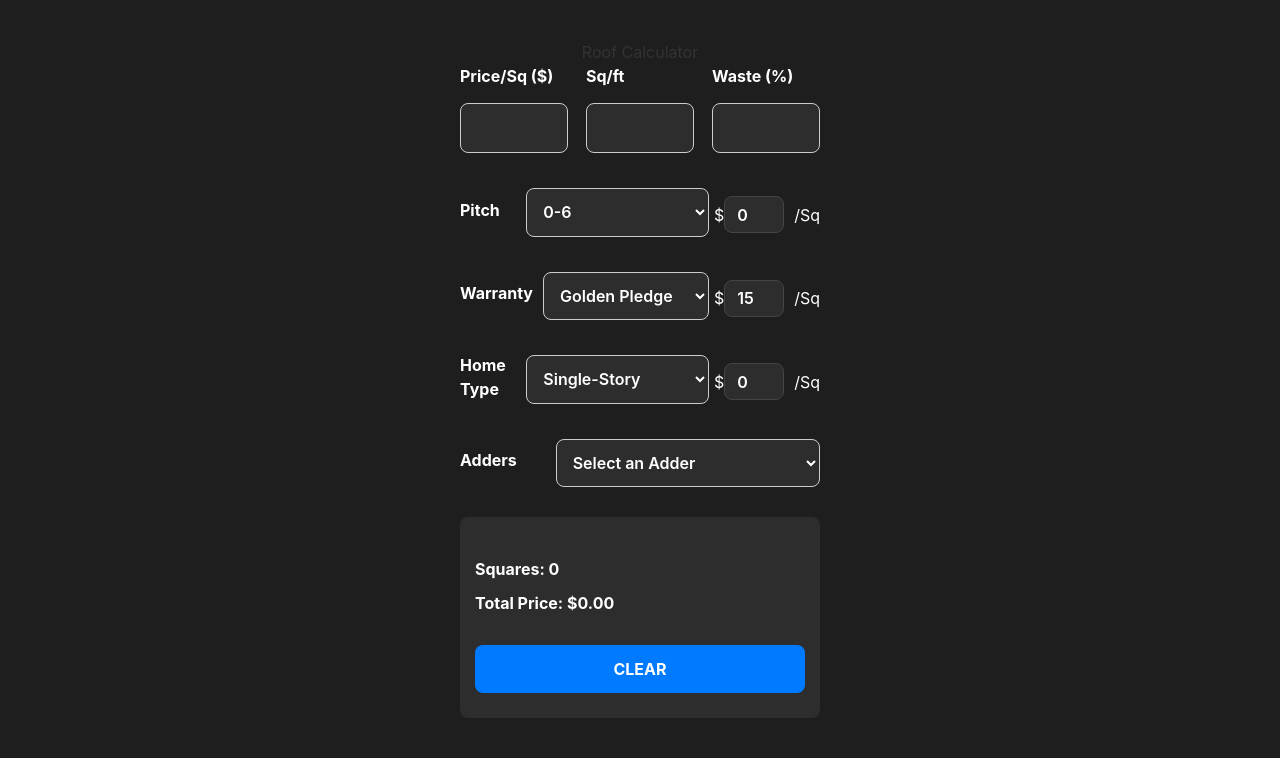
Repository: Tripp-L/roof-calc-app
Page: /
An editor plug-in stored every save of this project. The page is shown before and after the next save, followed by the edit.
The browser window is 1280 px wide. The pictures show the whole page.
The project was rebuilt for these pictures with package versions that can differ from the ones it lists, and the page was loaded fresh each time.

Above is the page before, as saved 2024-10-17 23:38:27.

### public/index.html
<!DOCTYPE html>
<html lang="en">
  <head>
    <meta charset="utf-8" />
    <meta name="viewport" content="width=device-width, initial-scale=1" />
    <title>Roof Calc App</title>
  </head>
  <body>
    <noscript>You need to enable JavaScript to run this app.</noscript>
    <div id="root"></div>
  </body>
</html>

### src/App.js
import React from 'react';
import RoofCalculator from './RoofCalculator';
import './App.css';

function App() {
  return (
    <div className="App">
      <RoofCalculator />
    </div>
  );
}

export default App;

### src/App.css
@import 'tailwindcss/base';
@import 'tailwindcss/components';
@import 'tailwindcss/utilities';

body {
  font-family: -apple-system, BlinkMacSystemFont, "Segoe UI", Roboto, Helvetica, Arial, sans-serif, "Apple Color Emoji", "Segoe UI Emoji", "Segoe UI Symbol";
}

input:focus, select:focus {
  outline: none;
}

.price-input-container {
  display: inline-flex;
  align-items: center;
  border: 1px solid #ccc;
  border-radius: 4px;
  overflow: hidden;
}

.price-symbol {
  padding-left: 8px;
  color: #666;
}

.price-input {
  border: none;
  outline: none;
  padding: 8px;
  width: 60px;
  font-size: 16px;
}

.price-input::-webkit-inner-spin-button,
.price-input::-webkit-outer-spin-button {
  opacity: 1;
}

.App {
  display: flex;
  flex-direction: column;
  min-height: 100vh;
  max-width: 100%;
  padding: 20px;
  font-size: 16px;
  line-height: 1.5;
  touch-action: manipulation;
}

@media (min-width: 768px) {
  .App {
    max-width: 90%;
    margin: 0 auto;
  }
}

@media (min-width: 1024px) {
  .App {
    max-width: 1200px;
  }
}

.App input,
.App select,
.App button {
  font-size: 16px;
  padding: 12px;
  margin: 10px 0;
  border-radius: 8px;
  border: 1px solid #ccc;
  width: 100%;
  box-sizing: border-box;
}

.App button {
  background-color: #007bff;
  color: white;
  border: none;
  cursor: pointer;
  transition: background-color 0.3s ease;
}

.App button:hover,
.App button:focus {
  background-color: #0056b3;
}

.App label {
  display: block;
  margin-bottom: 5px;
  font-weight: bold;
}

.sqft-input {
  width: 10%;
  padding: 8px;
  margin-top: 5px;
  border: 1px solid #ccc;
  border-radius: 4px;
  box-sizing: border-box;
}

.waste-select {
  width: 10%;
  padding: 8px;
  margin-top: 5px;
  border: 1px solid #ccc;
  border-radius: 4px;
  box-sizing: border-box;
}

.warranty-container {
  display: flex;
  align-items: center;
  margin-bottom: 10px;
}

.warranty-price-container {
  display: flex;
  align-items: center;
  margin-left: 10px;
}

.dollar-sign {
  margin-right: 5px;
  font-weight: bold;
}

.warranty-price-adjust {
  padding: 5px;
}

.warranty-price-adjust::before {
  content: "+";
  margin-right: 5px;
}

.warranty-adjust {
  margin-left: 10px;
}

.warranty-adjust select {
  margin-left: 5px;
}

.keypad button:last-child {
  grid-column: span 4;
  background-color: #f0f0f0;
  color: #333;
}

.digits button:last-child {
  background-color: #f0f0f0;
  color: #333;
  grid-column: span 2;
}

.home-type-section {
  margin-bottom: 20px;
}

.home-type-options {
  display: flex;
  justify-content: space-between;
  align-items: center;
  margin-bottom: 10px;
}

.home-type-options label {
  display: flex;
  align-items: center;
}

.price-input {
  display: flex;
  align-items: center;
  border: 1px solid #ccc;
  border-radius: 4px;
  padding: 5px;
}

.price-input span {
  margin-right: 5px;
}

.price-input input {
  border: none;
  outline: none;
  width: 60px;
}

### src/RoofCalculator.css
body {
  background-color: #1e1e1e;
  color: #ffffff;
  font-family: Arial, sans-serif;
}

.calculator {
  max-width: 400px;
  margin: 0 auto;
  padding: 20px;
}

.input-group {
  display: flex;
  align-items: center;
  margin-bottom: 15px;
}

.input-group label {
  width: 120px; /* Adjust as needed */
  margin-right: 10px;
}

/* Style for the previously longer inputs */
.input-group input[type="number"] {
  width: 84px;
  height: 37px;
  background-color: #2d2d2d;
  color: white;
  border: 1px solid #444;
  padding: 2 8px;
  font-size: 16px;
  font-weight: 600;
  line-height: 22px;
  box-sizing: border-box;
  margin-bottom: 10px;
}

/* Style for select dropdowns and pitch price input */
.input-group select,
.warranty-price-input input,
.home-type-price-input input {
    width: 100%;
    height: 30px;
    background-color: #2d2d2d;
    color: white;
    border: 1px solid #444;
    padding: 0 8px;
    font-size: 14px;
    line-height: 30px;
    box-sizing: border-box;
    margin-bottom: 10px;
}

.input-group select,
.pitch-price-input input {
  width: 100%;
  height: 48.5px;
  background-color: #2d2d2d;
  color: white;
  border: 1px solid #444;
  padding: 2 8px;
  font-size: 14px;
  font-weight: 600;
  line-height: 30px;
  box-sizing: border-box;
}


.pitch-price-input,
.warranty-price-input,
.home-type-price-input {
  display: flex;
  align-items: center;
  margin-top: 1px;
  margin-bottom: 10px;
}

.dollar-sign {
  color: #ccc;
  margin-right: 2px;
}

label {
  display: block;
  margin-bottom: 20px;
}

input, select {
  width: 100%;
  padding: 8px;
  background-color: #2d2d2d;
  border: 1px solid #3d3d3d;
  color: #ffffff;
  margin-bottom: 20px;
}

.results {
  margin-top: 20px;
  font-weight: bold;
  font-size: 20px;
  margin-bottom: 10px;
}

h1 {
  text-align: center;
  color: #333;
  margin-bottom: 25px;
}

.calculator-section {
  margin-bottom: 20px;
}

.price-input-container {
  display: inline-flex;
  align-items: center;
  border: 1px solid #ccc;
  border-radius: 4px;
  overflow: hidden;
  margin-top: 20px;
  margin-bottom: 20px;
}

.price-symbol {
  padding: 0 8px;
  background-color: #f0f0f0;
  color: #666;
}

.price-input {
  width: 60px;
  border: none;
  padding: 8px;
  text-align: right;
  font-size: 16px;
  font-weight: 600;
  margin-top: 20px;
  margin-bottom: 20px;
}

.total {
  background-color: #f0f0f0;
  padding: 15px;
  border-radius: 5px;
  text-align: center;
  font-size: 25px;
  font-weight: 600;
  line-height: 22px;
  box-sizing: border-box;
  background-color: #2d2d2d;
  color: rgb(255, 255, 255);
}

.total h3 {
  margin: 10;
  color: #333;
  color: rgb(255, 255, 255);
}

.total p {
  font-size: 26px;
  font-weight: bold;
  color: #4CAF50;
  margin: 20px 0 0;
  color: rgb(255, 255, 255);
}

.warranty-price-input {
  display: flex;
  align-items: center;
  margin-top: 5px;
}

.warranty-price-input input {
  width: 60px;
  height: 30px;
  background-color: #2d2d2d;
  color: white;
  border: 1px solid #444;
  padding: 0 8px;
  font-size: 14px;
  line-height: 30px;
  box-sizing: border-box;
}

.warranty-price-input span {
  color: #ccc;
  margin: 0 4px;
}

.home-type-group {
  margin-bottom: 20px;
}

.home-type-label {
  font-size: 18px;
  font-weight: bold;
  color: #ffffff;
  margin-bottom: 10px;
  display: block;
}

.home-type-options {
  display: grid;
  grid-template-columns: auto 1fr auto;
  gap: 8px 12px;
  align-items: center;
}

.home-type-option input[type="radio"] {
  appearance: none;
  width: 12px;
  height: 12px;
  border: 2px solid #ffffff;
  border-radius: 50%;
  outline: none;
  cursor: pointer;
  margin: 0;
}

.home-type-option input[type="radio"]:checked {
  background-color: #ffffff;
  box-shadow: inset 0 0 0 2px #2d2d2d;
}

.home-type-text {
  color: #cccccc;
  font-size: 14px;
}

.home-type-price {
  color: #cccccc;
  font-size: 14px;
  justify-self: end;
}

.price-input-wrapper {
  display: flex;
  align-items: center;
  margin-top: 5px;
}

.price-input-wrapper input[type="number"] {
  width: 60px;
  margin-right: 5px;
}

.price-input-wrapper span {
  margin-left: 5px;
}

.results-container {
  display: flex;
  flex-direction: column;
  background-color: #2d2d2d;
  padding: 15px;
  border-radius: 8px;
  margin-top: 20px;
}

.results {
  margin-bottom: 15px;
}

.results p {
  margin: 5px 0;
  font-size: 16px;
  color: #ffffff;
}

.results p:first-child {
  margin-bottom: 10px;
}

.clear-button {
  width: 100%;
  padding: 10px 0;
  background-color: #dc3545;  /* Changed to red */
  color: white;
  border: none;
  border-radius: 4px;
  font-size: 16px;
  font-weight: bold;
  text-transform: uppercase;
  cursor: pointer;
  transition: background-color 0.3s ease;
}

.clear-button:hover {
  background-color: #c82333;  /* Darker red on hover */
}

.clear-button:active {
  background-color: #bd2130;  /* Even darker red when active */
}

.selected-adder .adder-input-wrapper {
  display: flex;
  align-items: center;
}

.selected-adder input[type="number"] {
  width: 60px;
  margin-right: 5px;
}

.selected-adder span {
  margin-right: 10px;
}

.remove-adder {
  background: none !important;
  border: none;
  color: white;
  font-size: 1.2em;
  cursor: pointer;
  padding: 0;
  margin-left: 10px;
  line-height: 1;
}

.remove-adder:hover {
  color: #ff4d4d; /* Light red color on hover */
}

.adder-input-wrapper {
  display: flex;
  align-items: center;
}

.selected-adder input[type="number"] {
  width: 60px;
  margin-right: 5px;
}

.selected-adder span {
  margin-right: 10px;
}

/* Add this new class */
.horizontal-inputs {
  display: flex;
  justify-content: space-between;
  margin-bottom: 15px; /* Adjust as needed */
}

/* Modify the existing .input-group class */
.input-group {
  display: flex;
  align-items: center;
  margin-bottom: 15px;
}

/* Add this new class for the horizontal input groups */
.horizontal-input-group {
  width: 30%; /* Adjust this value to control spacing between inputs */
}

.horizontal-input-group label {
  display: block;
  margin-bottom: 5px;
}

.horizontal-input-group input[type="number"] {
  width: 100%; /* Make the input fill its container */
}

Loaded but not shown: src/index.js (common file); tailwind.config.js (common file); src/RoofCalculator.js (492 lines, source omitted)

After the next save:
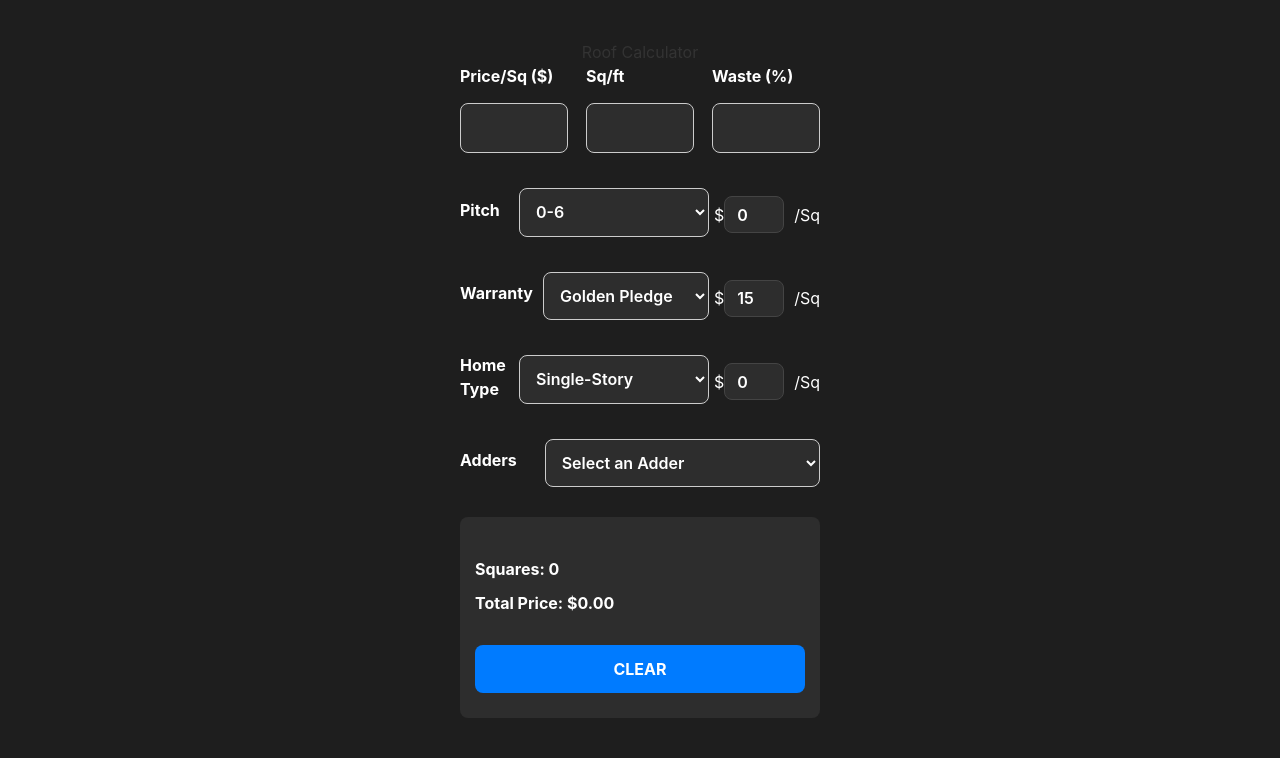
Saved 2 min 5 s later.
--- a/src/RoofCalculator.css
+++ b/src/RoofCalculator.css
@@ -14,10 +14,11 @@ body {
   display: flex;
   align-items: center;
   margin-bottom: 15px;
+  justify-content: space-between; /* Added to distribute space */
 }
 
 .input-group label {
-  width: 120px; /* Adjust as needed */
+  width: 100px; /* Adjusted width */
   margin-right: 10px;
 }
 
@@ -54,7 +55,7 @@ body {
 
 .input-group select,
 .pitch-price-input input {
-  width: 100%;
+  width: 150px; /* Reduced from 100% */
   height: 48.5px;
   background-color: #2d2d2d;
   color: white;
@@ -74,6 +75,7 @@ body {
   align-items: center;
   margin-top: 1px;
   margin-bottom: 10px;
+  width: 80px; /* Added fixed width */
 }
 
 .dollar-sign {
@@ -350,6 +352,7 @@ h1 {
   display: flex;
   align-items: center;
   margin-bottom: 15px;
+  justify-content: space-between; /* Added to distribute space */
 }
 
 /* Add this new class for the horizontal input groups */
@@ -365,3 +368,43 @@ h1 {
 .horizontal-input-group input[type="number"] {
   width: 100%; /* Make the input fill its container */
 }
+
+/* Adjust the width of select dropdowns */
+.input-group select {
+  width: 150px; /* Reduced from 100% */
+  height: 48.5px;
+  background-color: #2d2d2d;
+  color: white;
+  border: 1px solid #444;
+  padding: 2px 8px;
+  font-size: 14px;
+  font-weight: 600;
+  line-height: 30px;
+  box-sizing: border-box;
+}
+
+/* Adjust the width of the price input wrappers */
+.pitch-price-input,
+.warranty-price-input,
+.home-type-price-input {
+  display: flex;
+  align-items: center;
+  margin-top: 1px;
+  margin-bottom: 10px;
+  width: 80px; /* Added fixed width */
+}
+
+/* Adjust the width of the price inputs */
+.pitch-price-input input,
+.warranty-price-input input,
+.home-type-price-input input {
+  width: 60px; /* Reduced width */
+  height: 30px;
+  background-color: #2d2d2d;
+  color: white;
+  border: 1px solid #444;
+  padding: 0 8px;
+  font-size: 14px;
+  line-height: 30px;
+  box-sizing: border-box;
+}
